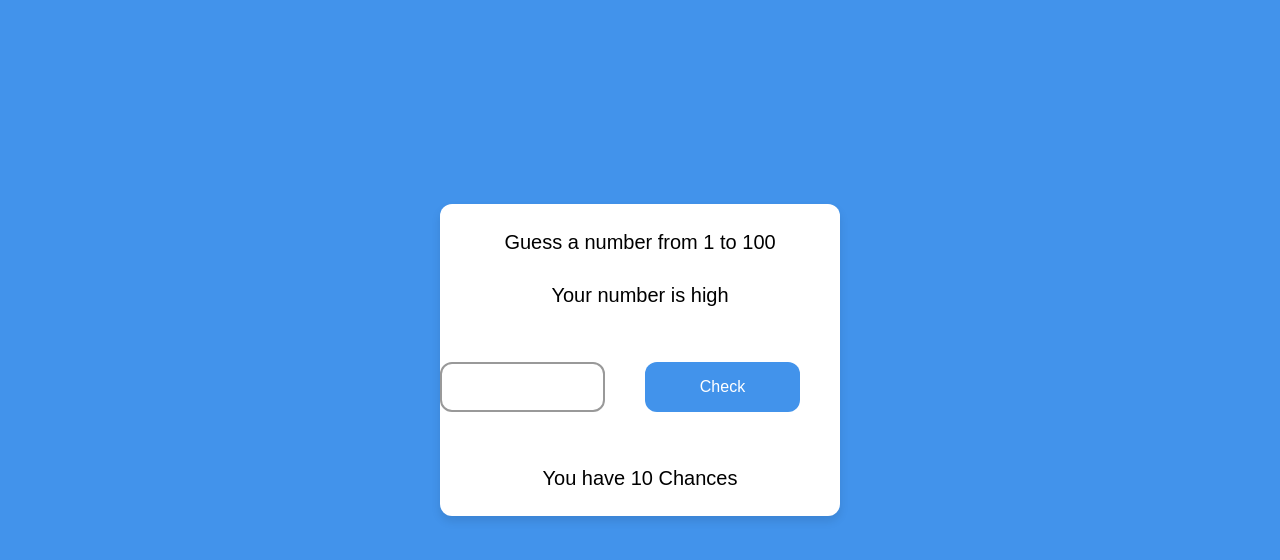
Repository: Ankitkr2021/Guess_Game
Page: index.html
An editor plug-in stored every save of this project. The page is shown before and after the next save, followed by the edit.
The browser window is 1280 px wide. The pictures show the whole page.

Above is the page before, as saved 2025-09-30 17:55:20.

### index.html
<!DOCTYPE html>
<html lang="en">
<head>
    <meta charset="UTF-8">
    <meta name="viewport" content="width=device-width, initial-scale=1.0">
    <title>Document</title>
    <link rel="stylesheet" href="./style.css">
</head>
<body>
    <div class="box">
        <p>Guess a number from 1 to 100</p>
        <p class="class">Your number is high</p>
        <div class="same-line">
        <input type="number">
        <button type="submit">Check</button>
        </div>
        <p>You have <span class="chances">10 </span>Chances</p>
    </div>
</body>
</html>

### style.css
@import url("https://fonts.googleapis.com/css2?family=Poppins:wght@300;400;500;600;700&display=swap">
);

*{
    margin: 0;
    padding: 0;
    box-sizing: border-box;
    font-family: 'Poppins',sans-serif;
}

body{
    display: flex;
    justify-content: center;
    align-items: center;
    height: 100vh;
    width: 100%;
    background: #4293eb;
}

.box{
    background: #fff;
    height: 312px;
    width: 400px;
    border-radius: 12px;
    display: flex;
    flex-direction: column;
    align-items: center;
    justify-content: center;
    box-shadow: 0 5px 10px rgba(0,0,0,0.1);
}

p{
    padding: 15px 20px;
    font-size: 20px;
    /* font-weight: 600; */
}

.same-line {
    /* background: green; */
    width: 100%;
    display: flex;
    align-items: center;
    justify-content: center;
}

input{
    /* margin: 50px; */
    padding: 20px;
    width: calc(100% / 2);
    height: 50px;
    border-radius: 12px;
    border: 2px solid #999;
}


button{
    background: #4293eb;
    border: none;
    width: calc(100% / 2);
    color: #fff;
    margin: 40px;
    height: 50px;
    /* width: 80px; */
    border-radius: 12px;
    font-size: 16px;
    font-weight: 400;
    cursor: pointer;
}

After the next save:
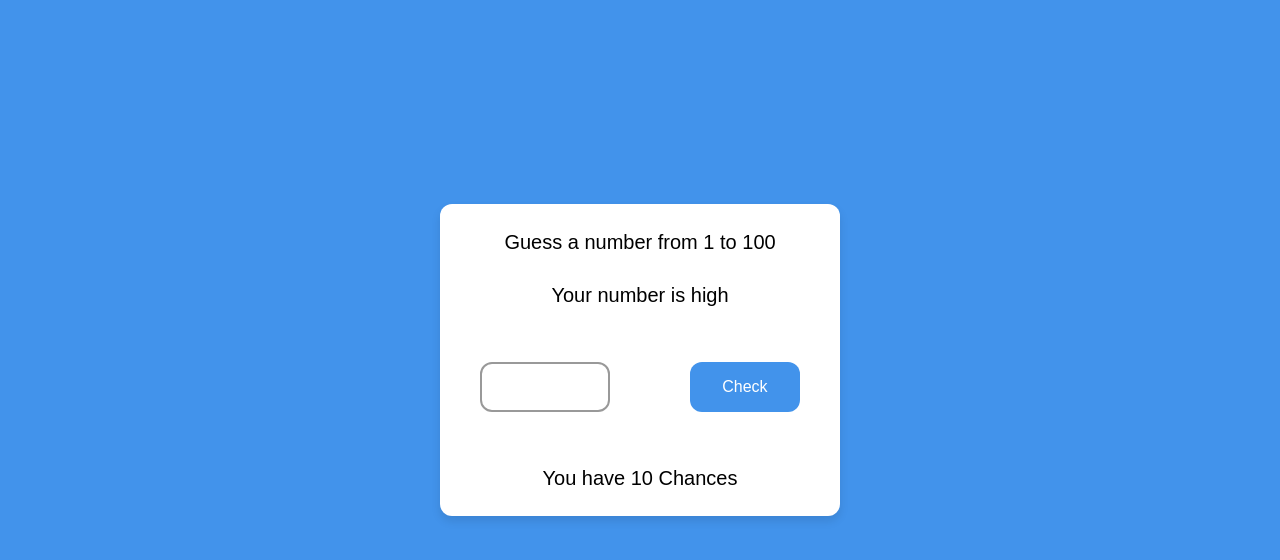
Saved 5 s later.
--- a/style.css
+++ b/style.css
@@ -47,6 +47,7 @@ input{
     /* margin: 50px; */
     padding: 20px;
     width: calc(100% / 2);
+    margin: 40px;
     height: 50px;
     border-radius: 12px;
     border: 2px solid #999;
